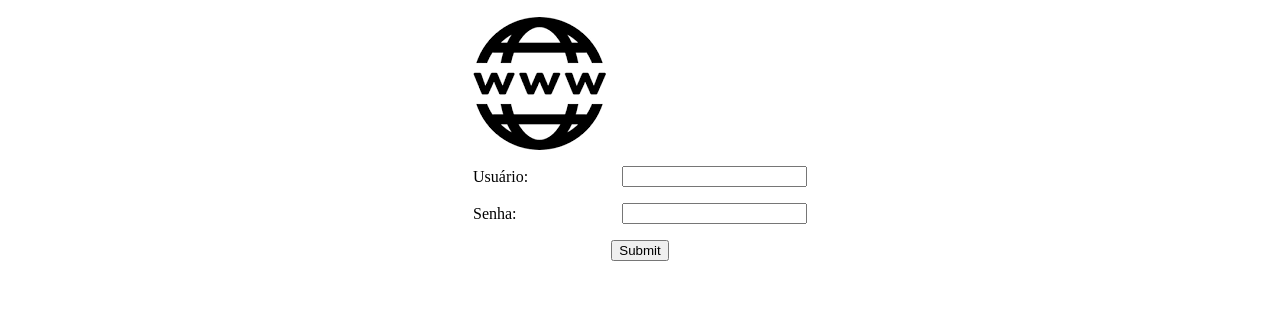
Repository: leonerdy-666/Estudos
Page: http://localhost/JavaWeb/Site.jsp
The author's editor kept a copy of each file at every save. The page is drawn from the files as they stood at one save, then again after the next save.
The browser window is 1280 px wide. The pictures show the whole page.
The page is served by Tomcat 9.

Above is the page before, as saved 2023-04-10 23:21:54.

### Udemy/Projeto/JavaWeb/src/main/webapp/Site.jsp
<%@ page language="java" contentType="text/html; charset=ISO-8859-1"
	pageEncoding="ISO-8859-1"%>
<!DOCTYPE html PUBLIC "-//W3C//DTD HTML 4.01 Transitional//EN" "http://www.w3.org/TR/html4/loose.dtd">
<html>
<head>
<meta http-equiv="Content-Type" content="text/html; charset=ISO-8859-1">
<title>Site</title>
</head>
<body>
	<form action="">
		<table cellpadding="7" align="center">

			<tr>
				<td><img src="imagens/logo.png"></td>
			</tr>

			<tr>
				<td>Usuário:</td>
				<td><input type="text" name="txtUsuario" /></td>
			</tr>
			<tr>
				<td>Senha:</td>
				<td><input type="text" name="txtSenha" /></td>
			</tr>
			<tr>
				<td colspan="2" align="center"><input type="submit"></td>
			</tr>
		</table>
	</form>
</body>
</html>

After the next save:
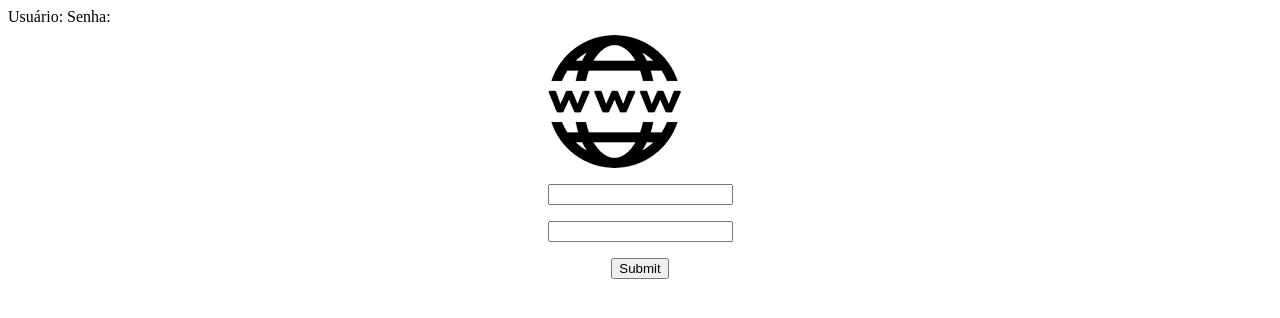
Saved 22 s later.
--- a/Udemy/Projeto/JavaWeb/src/main/webapp/Site.jsp
+++ b/Udemy/Projeto/JavaWeb/src/main/webapp/Site.jsp
@@ -15,11 +15,11 @@
 			</tr>
 
 			<tr>
-				<td>Usuário:</td>
+				Usuário:
 				<td><input type="text" name="txtUsuario" /></td>
 			</tr>
 			<tr>
-				<td>Senha:</td>
+				Senha:
 				<td><input type="text" name="txtSenha" /></td>
 			</tr>
 			<tr>
